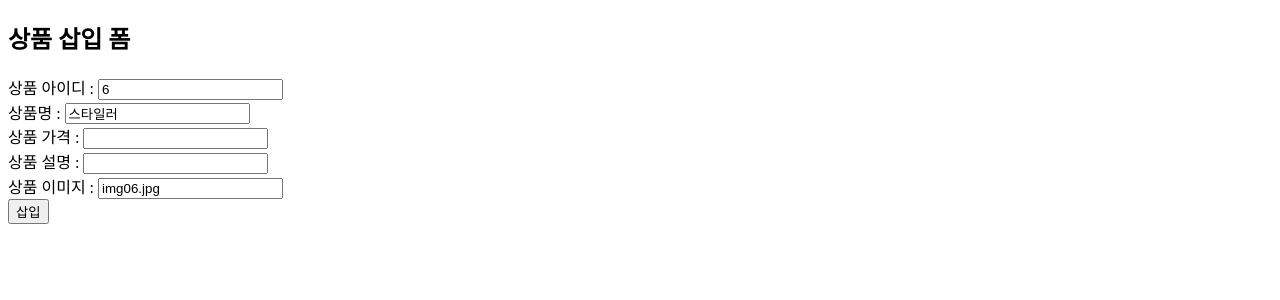
Repository: JhPlayGround/jsp
Page: http://localhost/chap03_MVC_JDBC/WEB-INF/views/jsp/insertForm.jsp
An editor plug-in stored every save of this project. The page is shown before and after the next save, followed by the edit.
The browser window is 1280 px wide. The pictures show the whole page.
The page is served by Tomcat 9. Nobody is signed in. The template is opened directly, without the code that normally fills it, so the values that code supplies are empty.

Above is the page before, as saved 2019-08-06 01:56:51.

After the next save:
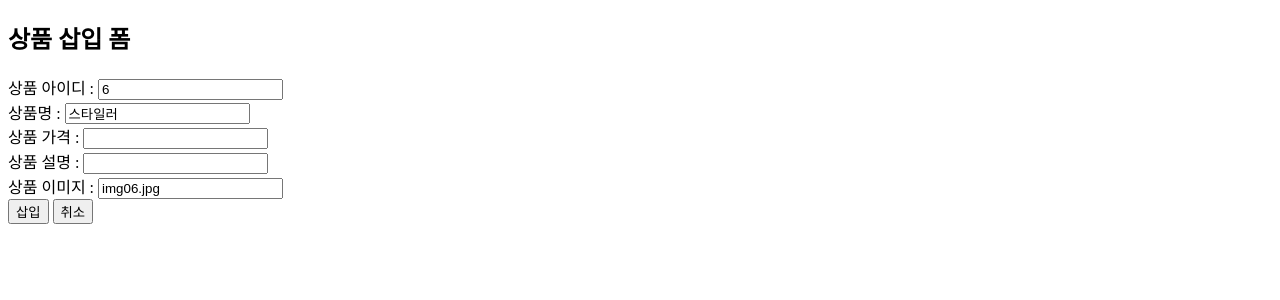
Saved 20 s later.
--- a/workspace/chap03_MVC_JDBC/src/main/webapp/WEB-INF/views/jsp/insertForm.jsp
+++ b/workspace/chap03_MVC_JDBC/src/main/webapp/WEB-INF/views/jsp/insertForm.jsp
@@ -14,7 +14,8 @@
 		상품 가격 : <input id = "item_price" name = "item_price"><br>
 		상품 설명 : <input id = "item_des" name = "item_des"><br>
 		상품 이미지 : <input id = "item_pic" name = "item_pic" value="img06.jpg"><br>
-		<input type ="submit" value = "삽입">
+		<input type ="submit" value = "삽입"/>
+		<input type ="reset" value = "취소"/>
 	</form>
 </body>
 </html>
